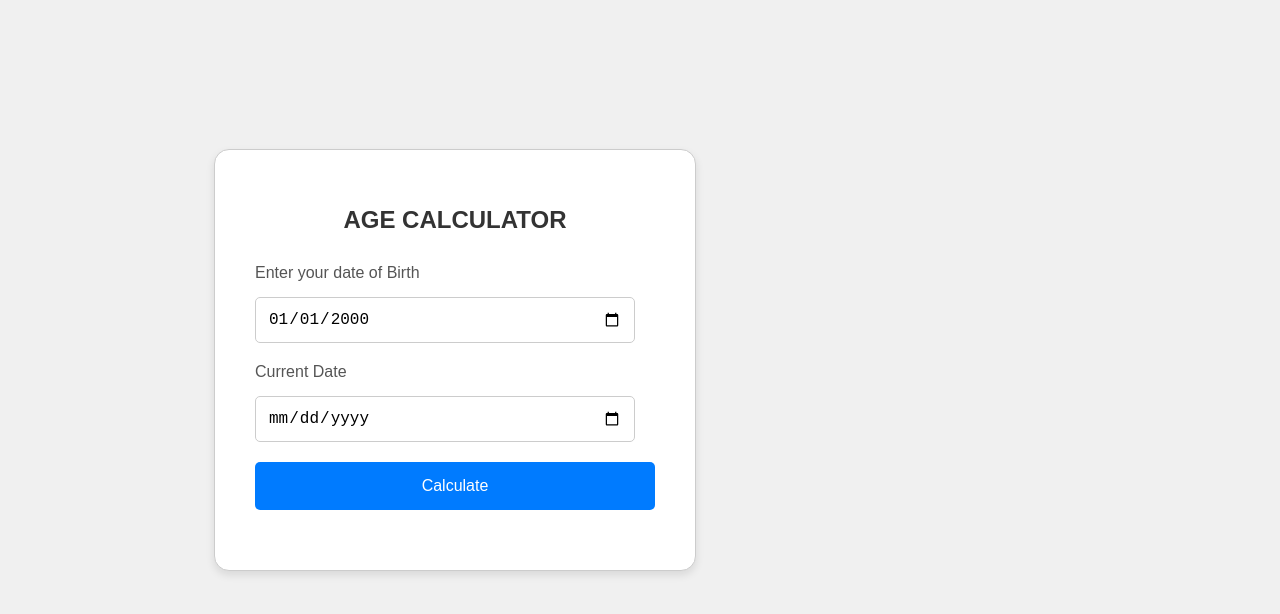
Repository: Femi007-gh/Calculator
Page: index.html
These files come from the project's save history. The page is drawn as it stood at one moment and after a run of saves; the edit follows.
The browser window is 1280 px wide. The pictures show the whole page.

Above is the page before, as saved 2025-03-27 20:30:31.

After the next 2 saves:
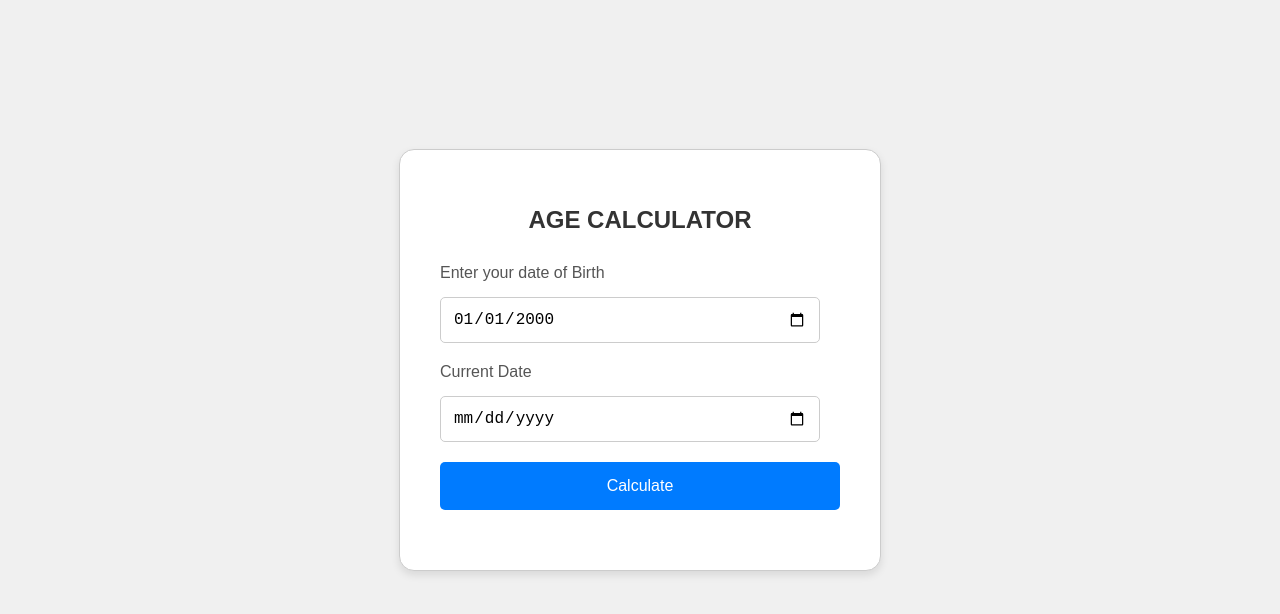
The 2 saves are shown as one change because they came seconds apart.
The last was saved 14 s later.
--- a/style.css
+++ b/style.css
@@ -63,5 +63,4 @@
   font-weight: bold;
   color: #333;
   margin-top: 360px;
-  margin-right: 370px;
-}
+  margin-left:

After the 2 saves that followed:
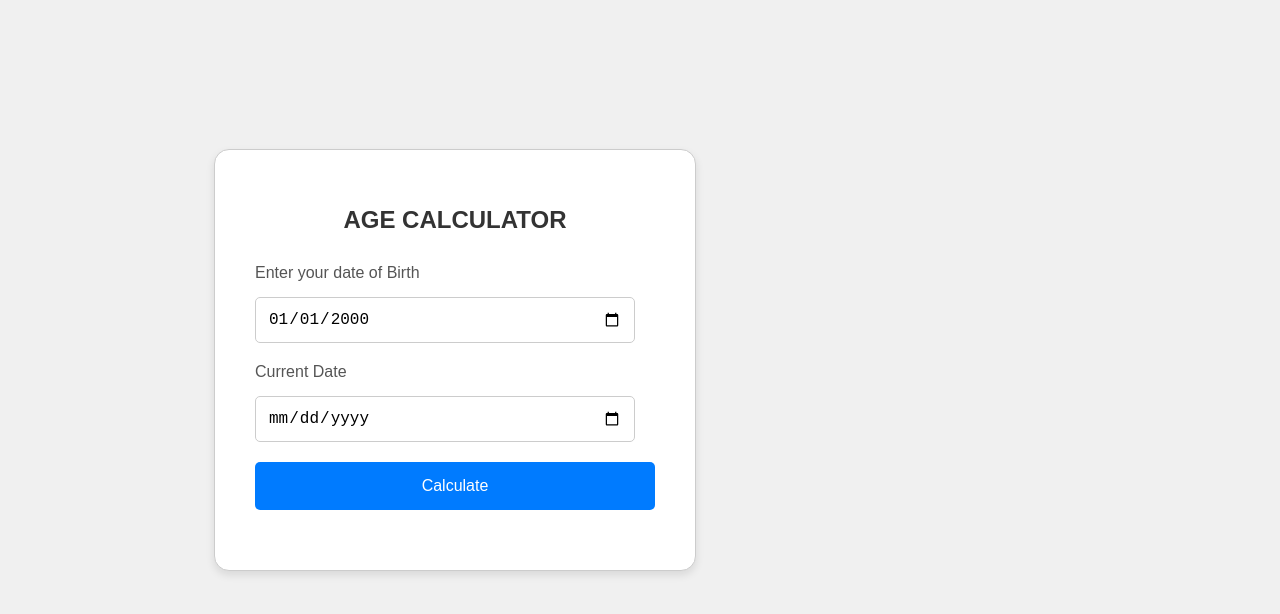
The 2 saves are shown as one change because 1 left the picture as it was.
The last was saved 20 s later.
--- a/style.css
+++ b/style.css
@@ -63,4 +63,5 @@
   font-weight: bold;
   color: #333;
   margin-top: 360px;
-  margin-left:
+  margin-right: 370px;
+}
